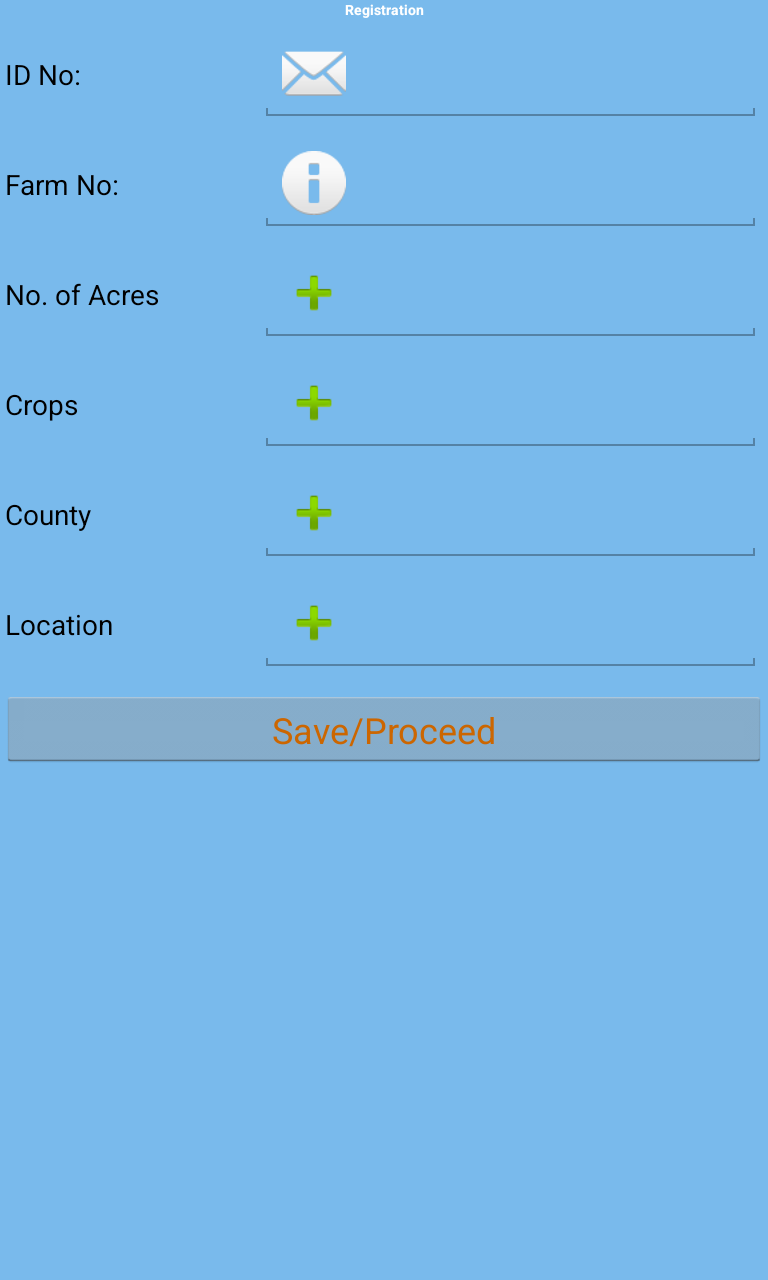
Repository: njiiriJohnii/Android-projects
Layout: Expensetracker/res/layout/register.xml
The author's editor kept a copy of each file at every save. The layout is drawn from the files as they stood at one save, then again after the next save.
It is drawn on a 768 x 1280 px phone screen (xhdpi) without system bars, with theme AppTheme; the app's code is not run.

Above is the layout before, as saved 2014-06-23 16:05:42.

After the next save:
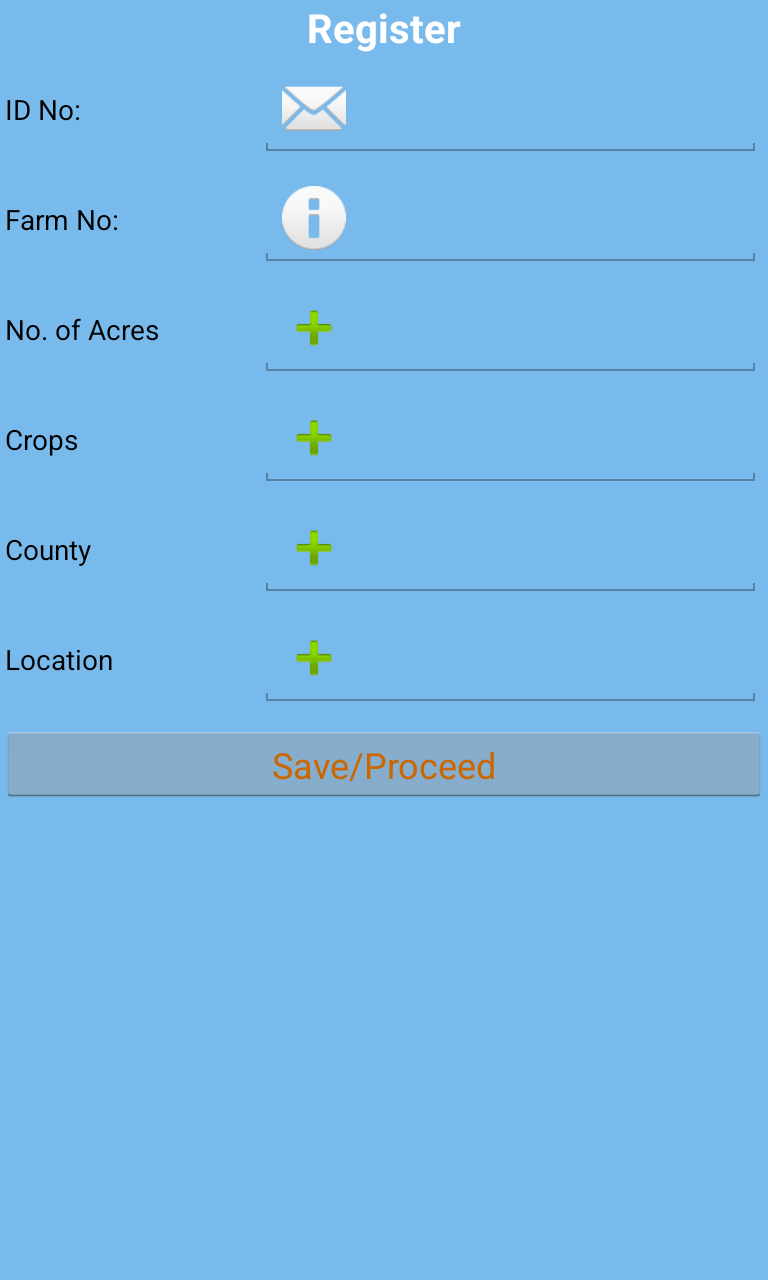
Saved 2 min 56 s later.
--- a/Expensetracker/res/layout/register.xml
+++ b/Expensetracker/res/layout/register.xml
@@ -12,8 +12,8 @@
 			<TextView
 			android:layout_width="fill_parent"
 			android:layout_height="wrap_content"
-			android:text="Registration"
-			android:textSize="14px"
+			android:text="Register"
+			android:textSize="20dp"
 			android:textColor="#ffffff"
 			android:gravity="center_horizontal"
 			android:background="#79BAEC"
